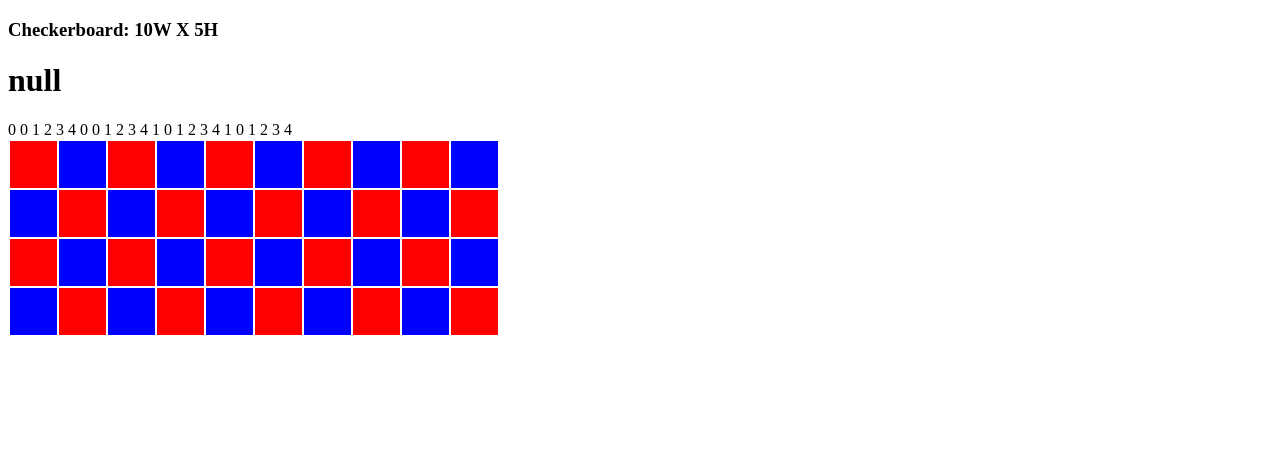
Repository: ben-mandakh/Java-Projects
Page: http://localhost/CheckerBoard/CheckerBoard.jsp
An editor plug-in stored every save of this project. The page is shown before and after the next save, followed by the edit.
The browser window is 1280 px wide. The pictures show the whole page.
The page is served by Tomcat 9.

Above is the page before, as saved 2019-08-09 02:52:57.

After the next save:
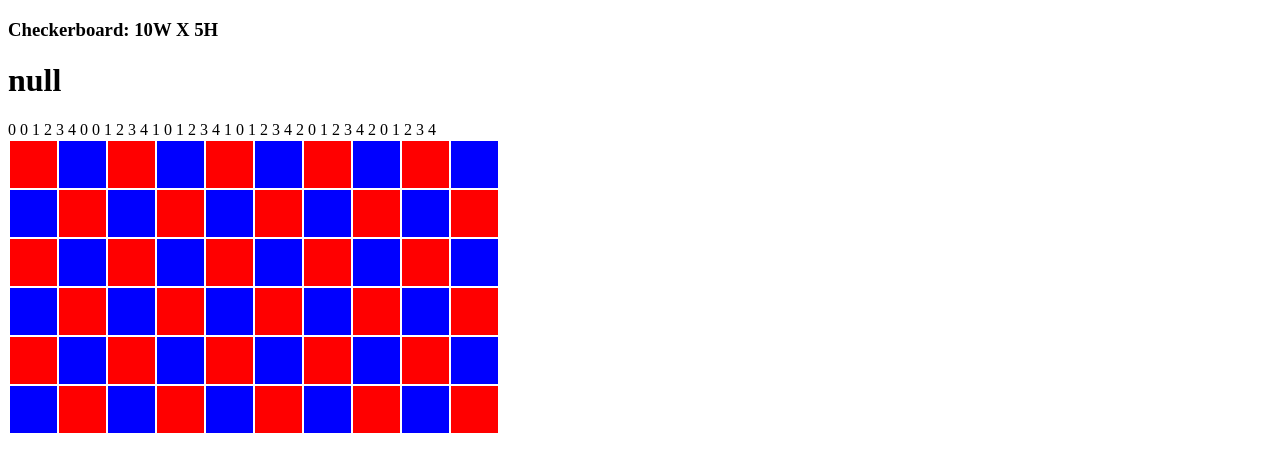
Saved 25 s later.
--- a/CheckerBoard/WebContent/CheckerBoard.jsp
+++ b/CheckerBoard/WebContent/CheckerBoard.jsp
@@ -18,7 +18,7 @@
 
 
 	<table>
-	   <% for(int i = 0; i<2; i++){ %>
+	   <% for(int i = 0; i<3; i++){ %>
 		<tr>  <%= i %>
 		 <% for(int j = 0; j<5; j++){ %>
 		 	<%= j %>
